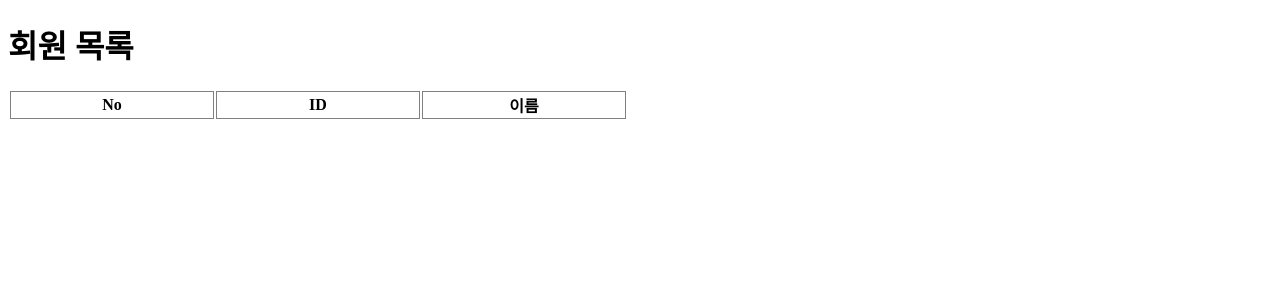
Repository: geonyoung112/Jsp_practice
Page: http://localhost/lcomputerstudy/list.do
The author's editor kept a copy of each file at every save. The page is drawn from the files as they stood at one save, then again after the next save.
The browser window is 1280 px wide. The pictures show the whole page.
The page is served by Tomcat 9. Other server files are loaded and not shown. Queries for data that is not in the repository find no rows.

Above is the page before, as saved 2023-04-13 02:38:47.

### lcomputerstudy/src/main/webapp/test2/userlist.jsp
<%@ page language="java" contentType="text/html; charset=UTF-8" pageEncoding="UTF-8"%>
<%@ taglib prefix="c" uri="http://java.sun.com/jsp/jstl/core"%>
<!DOCTYPE html>
<html>
<head>
<meta charset="UTF-8">
<title>회원 목록</title>

<Style>
	table {
		borde-collapse:collapse;
	}
	table tr th {
		font-weight:700;
	}
	table tr td, table tr th {
		border: 1px solid #818181;
		width:200px;
		text-align:center;
	}
	a {
		text-decoration:none;
		color:#0000;
		font-weight:700;
	}
</Style>
</head>

<body>
	<h1>회원 목록</h1>
	<table>
		<tr>
			<th>No</th>
			<th>ID</th>
			<th>이름</th>
		</tr>

		<c:forEach items="${list}" var="user">
			<tr>
		       <td><a href="detail.do?u_idx=${user.u_idx}">${user.u_idx}</a></td>
				<td>${user.u_id}</td>
				<td>${user.u_name}</td>
		     </tr>
		</c:forEach>

	</table>
</body>
</html>

### lcomputerstudy/src/main/java/com/lcomputerstudy/testmvc/controller/Controller.java
package com.lcomputerstudy.testmvc.controller;

import java.io.IOException;
import java.util.ArrayList;
import javax.servlet.RequestDispatcher;
import javax.servlet.ServletException;
import javax.servlet.annotation.WebServlet;
import javax.servlet.http.HttpServlet;
import javax.servlet.http.HttpServletRequest;
import javax.servlet.http.HttpServletResponse;
import com.lcomputerstudy.testmvc2.service2.UserService2;
import com.lcomputerstudy.testmvc2.vo2.User2;

@WebServlet("*.do")
public class Controller extends HttpServlet {
	private static final long serialVersionUID = 1L;

	protected void doGet(HttpServletRequest request, HttpServletResponse response) throws ServletException, IOException {
		doPost(request, response);
	}

	protected void doPost(HttpServletRequest request, HttpServletResponse response) throws ServletException, IOException {
		response.setContentType("text/html; charset=utf-8");
		request.setCharacterEncoding("utf-8");

		String requestURI = request.getRequestURI();
		String contextPath = request.getContextPath();
		String command = requestURI.substring(contextPath.length());
		String view = null;



		switch (command) {
			case "/list.do":
				UserService2 userService = UserService2.getInstance();
				ArrayList<User2> list= userService.getUsers();
				view = "test2/userlist";
				request.setAttribute("list", list);
				break;

			case "/newjoin.do":
				view = "test2/Newjoin";
				break;

			case "/joinresult.do":
				User2 user = new User2();
				user.setU_id(request.getParameter("id"));
				user.setU_pw(request.getParameter("password"));
				user.setU_name(request.getParameter("name"));
				user.setU_tel(request.getParameter("tel1") + "-" + request.getParameter("tel2") + "-" + request.getParameter("tel3"));
				user.setU_age(request.getParameter("age"));

				userService = UserService2.getInstance();
				userService.insertUser(user);

				view = "test2/join_process";
				break;

			case "/detail.do":
			    int u_idx = Integer.parseInt(request.getParameter("u_idx"));
			    userService = UserService2.getInstance();
			    User2 user2 = new User2();
			    userService.detailUser(u_idx);
			    view = "test2/userDetail";
			    request.setAttribute("user", user2);
			    break;
		}

		RequestDispatcher rd = request.getRequestDispatcher(view+".jsp");
		rd.forward(request, response);
	}

}

### lcomputerstudy/src/main/java/com/lcomputerstudy/testmvc2/service2/UserService2.java
package com.lcomputerstudy.testmvc2.service2;

import java.util.ArrayList;
import com.lcomputerstudy.testmvc2.UserDAO2.UserDAO2;
import com.lcomputerstudy.testmvc2.vo2.User2;

public class UserService2 {

	private static UserService2 service = null;
	private static UserDAO2 dao = null;

	private UserService2() {

	}

	public void insertUser(User2 user) {
		dao.insertUser(user);
	}

	public void detailUser(int u_idx) {
		dao.detailUser(u_idx);
	}

	public static UserService2 getInstance() {
		if(service == null) {
			service = new UserService2();
			dao = UserDAO2.getInstance();

		}
		return service;
	}

	public ArrayList<User2> getUsers() {
		return dao.getUsers();
	}
}

### lcomputerstudy/src/main/java/com/lcomputerstudy/testmvc2/UserDAO2/UserDAO2.java
package com.lcomputerstudy.testmvc2.UserDAO2;

import java.sql.Connection;
import java.sql.PreparedStatement;
import java.sql.ResultSet;
import java.sql.SQLException;
import java.util.ArrayList;
import com.lcomputerstudy.testmvc2.database2.DBConnection2;
import com.lcomputerstudy.testmvc2.vo2.User2;

public class UserDAO2 {
	private static UserDAO2 dao = null;

	private UserDAO2() {

	}

	public static UserDAO2 getInstance() {
		if(dao == null) {
			dao = new UserDAO2();
		}

		return dao;
	}

	public ArrayList<User2> getUsers(){
		Connection conn = null;
		PreparedStatement pstmt = null;
		ResultSet rs = null;
		ArrayList<User2> list = null;


		try {
			conn = DBConnection2.getConnection();
			String query = "select * from user";
	       	pstmt = conn.prepareStatement(query);
	        rs = pstmt.executeQuery();
	        list = new ArrayList<User2>();

	        while(rs.next()){
	        	User2 user = new User2();
       	       	user.setU_idx(rs.getInt("u_idx"));
       	       	user.setU_id(rs.getString("u_id"));
       	       	user.setU_name(rs.getString("u_name"));
       	       	user.setU_tel(rs.getString("u_tel"));
       	       	user.setU_age(rs.getString("u_age"));
       	       	list.add(user);
	        }
		} catch (Exception e) {
			e.printStackTrace();
		} finally {
			try {
				rs.close();
				pstmt.close();
				conn.close();
			} catch (SQLException e) {
				e.printStackTrace();
			}
		}

		return list;
	}


	public void insertUser(User2 user) {
		Connection conn = null;
		PreparedStatement pstmt = null;

		try {
			conn = DBConnection2.getConnection();
			String sql = "insert into user(u_id,u_pw,u_name,u_tel,u_age) values(?,?,?,?,?)";
			pstmt = conn.prepareStatement(sql);
			pstmt.setString(1, user.getU_id());
			pstmt.setString(2, user.getU_pw());
			pstmt.setString(3, user.getU_name());
			pstmt.setString(4, user.getU_tel());
			pstmt.setString(5, user.getU_age());
			pstmt.executeUpdate();
		} catch( Exception ex) {
			System.out.println("SQLException : "+ex.getMessage());
		} finally {
			try {
				if (pstmt != null) pstmt.close();
				if (conn != null) conn.close();
			} catch (SQLException e) {
				e.printStackTrace();
			}
		}
	}

	public void detailUser(int u_idx) {
		Connection conn = null;
		PreparedStatement pstmt = null;
		ResultSet rs = null;

			try {
				conn = DBConnection2.getConnection();
				String sql = "select * from user where u_idx=?";
				pstmt = conn.prepareStatement(sql);
				pstmt.setInt(1, u_idx);
				rs = pstmt.executeQuery();

				while(rs.next()) {
					User2 user = new User2();
					user.setU_idx(rs.getInt("u_idx"));
		   	       	user.setU_id(rs.getString("u_id"));
		   	       	user.setU_name(rs.getString("u_name"));
		   	       	user.setU_tel(rs.getString("u_tel"));
		   	       	user.setU_age(rs.getString("u_age"));
				}
			} catch(Exception e) {
				e.printStackTrace();
			} finally {
				try {
					rs.close();
					pstmt.close();
					conn.close();
				} catch (SQLException e) {
					e.printStackTrace();
				}
			}

		}

}

### lcomputerstudy/src/main/java/com/lcomputerstudy/testmvc2/database2/DBConnection2.java
package com.lcomputerstudy.testmvc2.database2;

import java.sql.Connection;
import java.sql.DriverManager;
import java.sql.SQLException;

public class DBConnection2 {
	public static Connection getConnection() throws SQLException, ClassNotFoundException {
		Connection conn = null;

		String url = "jdbc:mysql://localhost:3306/lcom";
		String id = "root";
		String pw = "1234";

		Class.forName("org.mariadb.jdbc.Driver");
		conn = DriverManager.getConnection(url, id, pw);

		return conn;
	}
}

After the next save:
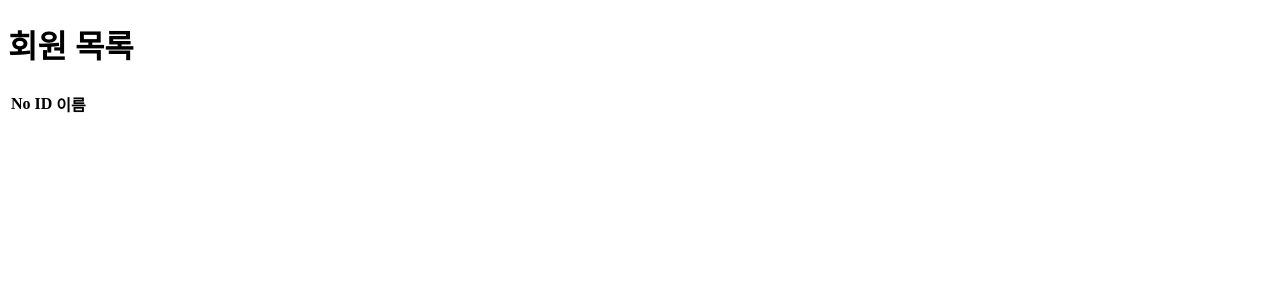
Saved 32 s later.
--- a/lcomputerstudy/src/main/webapp/test2/userlist.jsp
+++ b/lcomputerstudy/src/main/webapp/test2/userlist.jsp
@@ -7,22 +7,7 @@
 <title>회원 목록</title>
 
 <Style>
-	table {
-		borde-collapse:collapse;
-	}
-	table tr th {
-		font-weight:700;
-	}
-	table tr td, table tr th {
-		border: 1px solid #818181;
-		width:200px;
-		text-align:center;
-	}
-	a {
-		text-decoration:none;
-		color:#0000;
-		font-weight:700;
-	}
+
 </Style>
 </head>
 

After the save that followed:
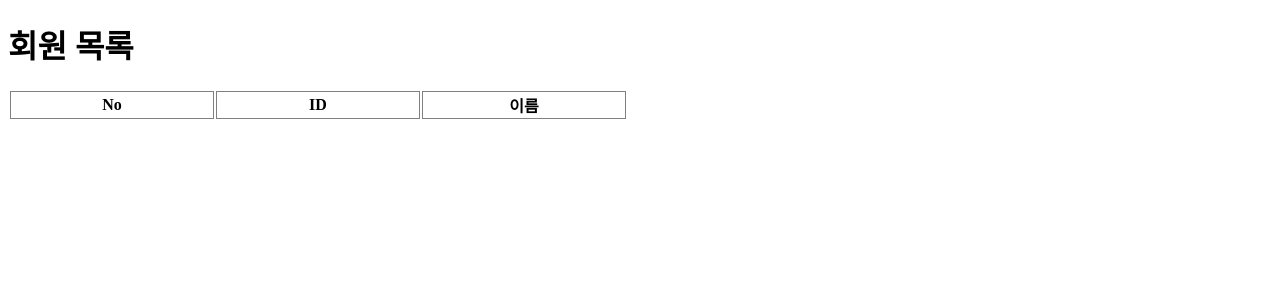
Saved 30 s later.
--- a/lcomputerstudy/src/main/webapp/test2/userlist.jsp
+++ b/lcomputerstudy/src/main/webapp/test2/userlist.jsp
@@ -6,9 +6,24 @@
 <meta charset="UTF-8">
 <title>회원 목록</title>
 
-<Style>
-
-</Style>
+<style>
+	table {
+		borde-collapse:collapse;
+	}
+	table tr th {
+		font-weight:700;
+	}
+	table tr td, table tr th {
+		border: 1px solid #818181;
+		width:200px;
+		text-align:center;
+	}
+	a {
+		text-decoration:none;
+		color:#0000;
+		font-weight:700;
+	}
+</style>
 </head>
 
 <body>
